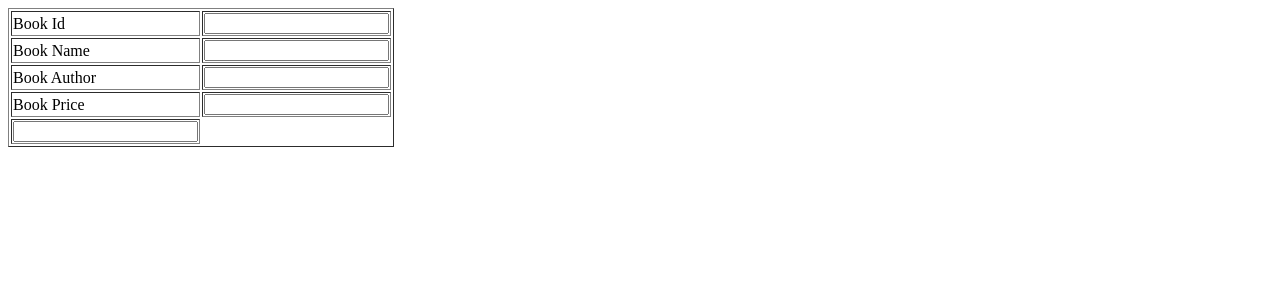
Repository: Lasya-Kankata/FSD_with_java
Page: WebLayeredArchitecture/src/main/webapp/insertBook.html
The author's editor kept a copy of each file at every save. The page is drawn from the files as they stood at one save, then again after the next save.
The browser window is 1280 px wide. The pictures show the whole page.

Above is the page before, as saved 2024-06-07 04:57:35.

### WebLayeredArchitecture/src/main/webapp/insertBook.html
<!DOCTYPE html>
<html>
<head>
<meta charset="ISO-8859-1">
<title>Inserting Book</title>
</head>
<body>
	<form action="BookInsertServlet">
		<table border='1'>
			<tr>
				<td>Book Id</td>
				<td align="center"><input type="text" name="id"></td>
			</tr>
			<tr>
				<td>Book Name</td>
				<td align="center"><input type="text" name="name"></td>
			</tr>
			<tr>
				<td>Book Author</td>
				<td align="center"><input type="text" name="author"></td>
			</tr>
			<tr>
				<td>Book Price</td>
				<td align="center"><input type="text" name="price"></td>
			</tr>
			<tr>
				<td align="center"><input type="text" name="submit"></td>
			</tr></table></form>
</body>
</html>

After the next save:
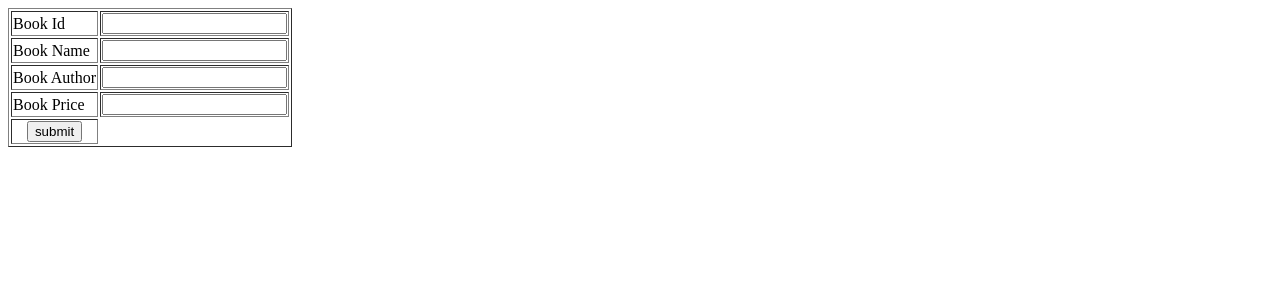
Saved 103 s later.
--- a/WebLayeredArchitecture/src/main/webapp/insertBook.html
+++ b/WebLayeredArchitecture/src/main/webapp/insertBook.html
@@ -24,7 +24,7 @@
 				<td align="center"><input type="text" name="price"></td>
 			</tr>
 			<tr>
-				<td align="center"><input type="text" name="submit"></td>
+				<td align="center"><input type="submit" value="submit"></td>
 			</tr></table></form>
 </body>
 </html>
